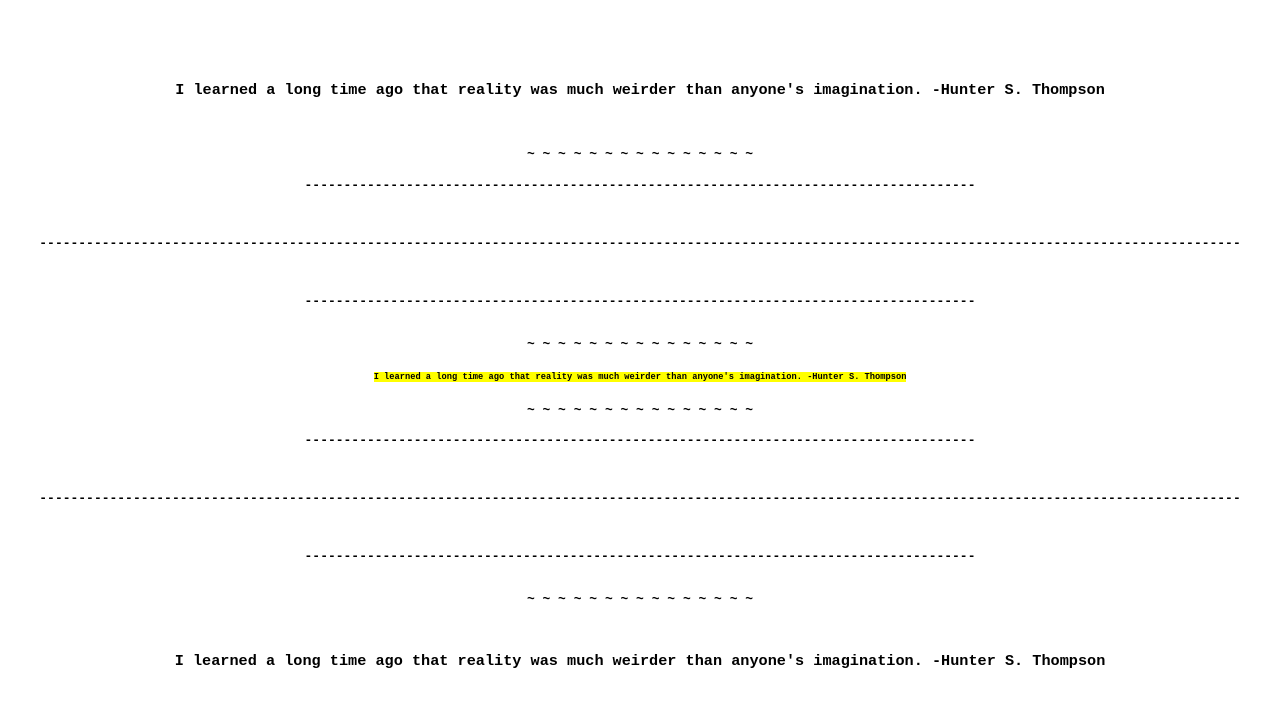
Repository: penas326/penas326.github.io
Page: composition/index.html
The author's editor kept a record of every edit. The page is drawn from the files as they stood at one moment, then again after the next edit.
The browser window is 1280 px wide. The pictures show the whole page.

Above is the page before.

After the next edit:
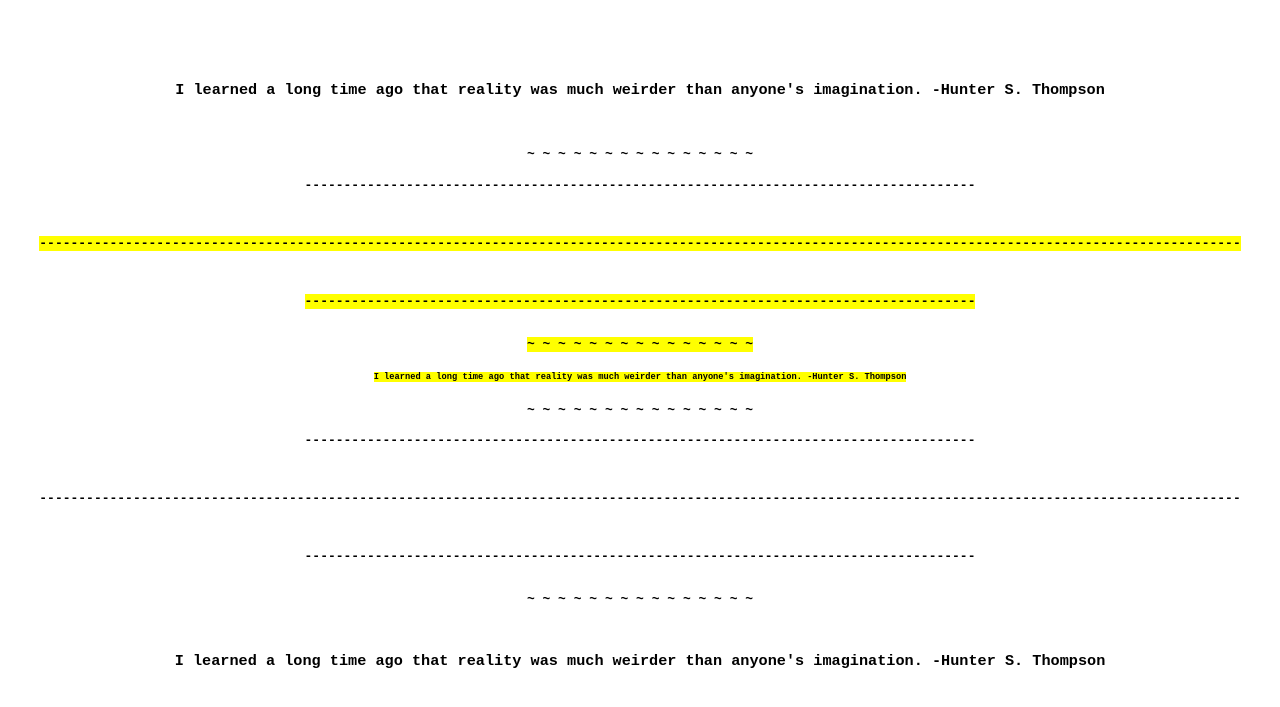
The edit:
--- a/composition/index.html
+++ b/composition/index.html
@@ -15,7 +15,7 @@
         <br>
         <h3 align="center"></h3><code>--------------------------------------------------------------------------------------</p>
         <br>
-        <h3 align="center"></h3><code>----------------------------------------------------------------------------------------------------------------------------------------------------------</p>
+        <h3 align="center"></h3><code><mark>----------------------------------------------------------------------------------------------------------------------------------------------------------</p>
         <br>
         <h3 align="center"></h3><code>--------------------------------------------------------------------------------------</p>
         <br>
